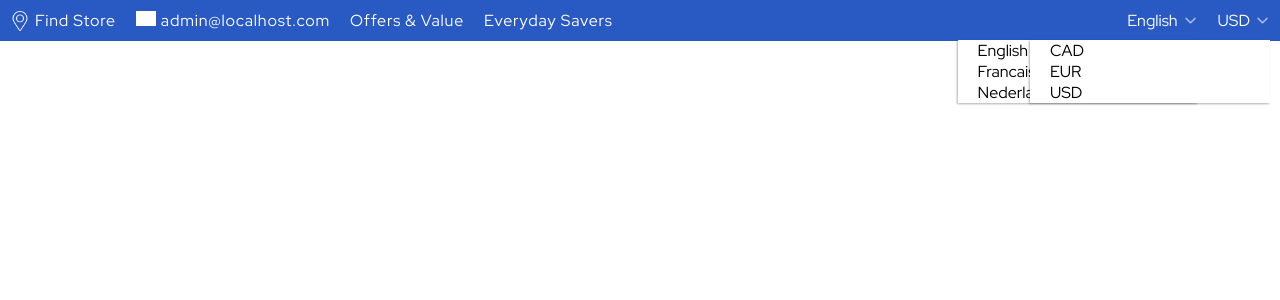
Repository: ldminh95/demo01
Page: index.html
The author's editor kept a copy of each file at every save. The page is drawn from the files as they stood at one save, then again after the next save.
The browser window is 1280 px wide. The pictures show the whole page.
Pictures or frames that could not be fetched are drawn as grey boxes.

Above is the page before, as saved 2023-09-17 16:45:06.

After the next save:
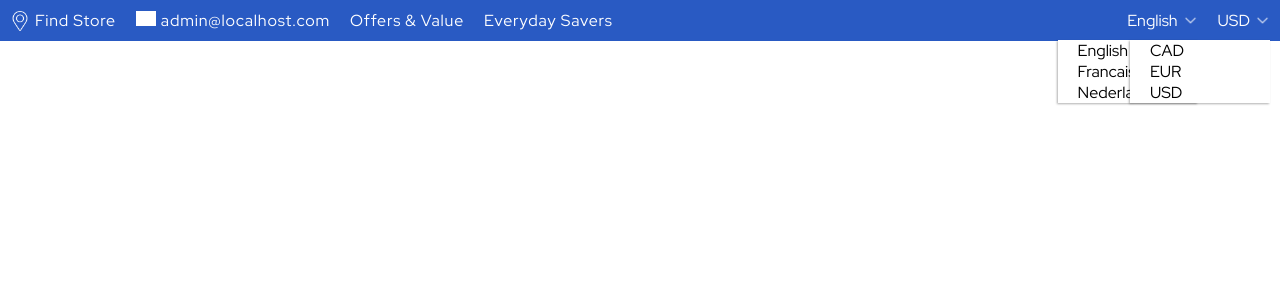
Saved 4 s later.
--- a/css/top.css
+++ b/css/top.css
@@ -52,7 +52,7 @@
 .hd_right ul ul {
     position: absolute;
     top: 30px;
-    width: 240px;
+    width: 140px;
     right: 0;
     background-color: #fff;
     box-shadow: -1px 1px 2px rgb(0 0 0 / 31%);
